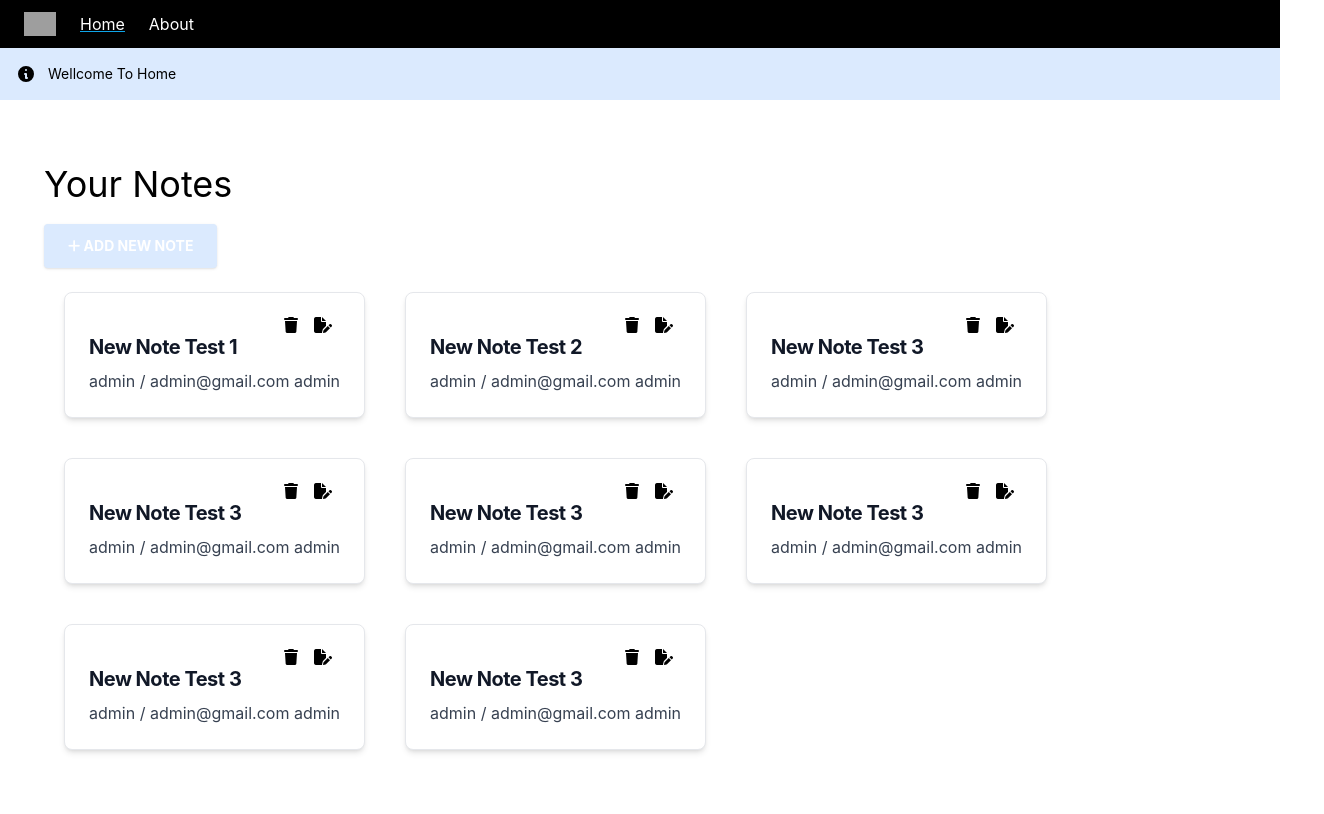
Repository: sonawaneteju4/iNote
Page: /
These files come from the project's save history. The page is drawn as it stood at one moment and after the next save; the edit follows.
The browser window is 1280 px wide. The page is 1324 px wide, so the pictures cover 1324 px, including what lies to the right of the window. The pictures show the whole page.
Pictures or frames that could not be fetched are drawn as grey boxes. Some web libraries are served in a nearby version. The project was rebuilt for these pictures with package versions that can differ from the ones it lists, and the page was loaded fresh each time. Also part of the build but not shown: src/components/AddNote.js, src/components/About.js.

Above is the page before, as saved 2022-10-11 10:49:25.

### public/index.html
<!DOCTYPE html>
<html lang="en">
  <head>
    <meta charset="utf-8" />
    <link rel="icon" href="%PUBLIC_URL%/favicon.ico" />
    <meta name="viewport" content="width=device-width, initial-scale=1" />
    <meta name="theme-color" content="#000000" />
    <meta
      name="description"
      content="Web site created using create-react-app"
    />
    <link rel="apple-touch-icon" href="%PUBLIC_URL%/logo192.png" />

    <link rel="manifest" href="%PUBLIC_URL%/manifest.json" />

    <title>iNote - Secured Notes On Cloud</title>
  </head>
  <body>
    <noscript>You need to enable JavaScript to run this app.</noscript>
    <script src="https://kit.fontawesome.com/61d960ae85.js" crossorigin="anonymous"></script>
    <div id="root"></div>
  </body>
</html>

### src/App.js
import "./App.css";
import { BrowserRouter, Routes, Route } from "react-router-dom";
import Navbar from "./components/Navbar";
import Home from "./components/Home";
import About from "./components/About";
import NoteState from "./context/notes/NoteState";
import Alert from "./components/Alert";

function App() {
  return (
    <>
      <NoteState>
        <BrowserRouter>
          <Navbar />
          <Alert message="Wellcome To Home"/>
          <div className="container m-11">

          <Routes>
            <Route exact path="/" element={<Home />}></Route>
            <Route exact path="/about" element={<About />}></Route>
          </Routes>
          </div>
        </BrowserRouter>
      </NoteState>
    </>
  );
}

export default App;

### src/App.css
.App {
  text-align: center;
}

.App-logo {
  height: 40vmin;
  pointer-events: none;
}

@media (prefers-reduced-motion: no-preference) {
  .App-logo {
    animation: App-logo-spin infinite 20s linear;
  }
}

.App-header {
  background-color: #282c34;
  min-height: 100vh;
  display: flex;
  flex-direction: column;
  align-items: center;
  justify-content: center;
  font-size: calc(10px + 2vmin);
  color: white;
}

.App-link {
  color: #61dafb;
}

@keyframes App-logo-spin {
  from {
    transform: rotate(0deg);
  }
  to {
    transform: rotate(360deg);
  }
}
i{cursor: pointer;

}

### src/components/Navbar.js
import React, {useEffect} from 'react'
import { Link, useLocation } from 'react-router-dom'

const Navbar = () => {
  let location = useLocation();
  useEffect(() => {
    console.log(location.pathname);
  }, [location])

  return (
    <nav className='flex bg-black text-white sticky top-0'>
        <ul className='flex m-3'>
            <li className='px-3'><Link to="/"><img alt="Logo" className='h-6' src='https://i.ibb.co/yyD6c8M/i-NOTE-3.png'></img></Link></li>
            <li className={`px-3  ${location.pathname==='/'? "underline decoration-sky-500": ""}`}><Link to="/">Home</Link></li>
            <li className={`px-3  ${location.pathname==='/about'? "underline decoration-sky-500": ""}`}><Link to="/about">About</Link></li>
        </ul>

    </nav>
  )
}

export default Navbar

### src/components/Home.js
import React from 'react'
// import NoteState from '../context/notes/NoteState';
import Notes from './Notes';

const Home = () => {

  return (
    <>
      <Notes/>
    </>

  )
}

export default Home

### src/context/notes/NoteState.js
import { useState } from 'react';
import NoteContext from './NoteContext';


const NoteState = (props) =>{
    const notesInitial = [
        {
          "_id": "6343f8ff5e6343bed4b7ddb5",
          "user": "63402d7553af99b0eef26534",
          "title": "New Note Test 1 ",
          "description": "admin / admin@gmail.com admin",
          "tag": "test",
          "date": "1665390388538",
          "__v": 0
        },
        {
          "_id": "6343f90f5e6343bed4b7ddb8",
          "user": "63402d7553af99b0eef26534",
          "title": "New Note Test 2 ",
          "description": "admin / admin@gmail.com admin",
          "tag": "test",
          "date": "1665390388538",
          "__v": 0
        },
        {
          "_id": "6343f9155e6343bed4b7ddba",
          "user": "63402d7553af99b0eef26534",
          "title": "New Note Test 3 ",
          "description": "admin / admin@gmail.com admin",
          "tag": "test",
          "date": "1665390388538",
          "__v": 0
        },
        {
            "_id": "6343f9155e6343bed4b7ddba",
            "user": "63402d7553af99b0eef26534",
            "title": "New Note Test 3 ",
            "description": "admin / admin@gmail.com admin",
            "tag": "test",
            "date": "1665390388538",
            "__v": 0
          },
          {
            "_id": "6343f9155e6343bed4b7ddba",
            "user": "63402d7553af99b0eef26534",
            "title": "New Note Test 3 ",
            "description": "admin / admin@gmail.com admin",
            "tag": "test",
            "date": "1665390388538",
            "__v": 0
          },
          {
            "_id": "6343f9155e6343bed4b7ddba",
            "user": "63402d7553af99b0eef26534",
            "title": "New Note Test 3 ",
            "description": "admin / admin@gmail.com admin",
            "tag": "test",
            "date": "1665390388538",
            "__v": 0
          },
          {
            "_id": "6343f9155e6343bed4b7ddba",
            "user": "63402d7553af99b0eef26534",
            "title": "New Note Test 3 ",
            "description": "admin / admin@gmail.com admin",
            "tag": "test",
            "date": "1665390388538",
            "__v": 0
          },
          {
            "_id": "6343f9155e6343bed4b7ddba",
            "user": "63402d7553af99b0eef26534",
            "title": "New Note Test 3 ",
            "description": "admin / admin@gmail.com admin",
            "tag": "test",
            "date": "1665390388538",
            "__v": 0
          }
      ]
      const [notes, setNotes] = useState(notesInitial)

      //Add a Note
      const addNote = (title, description,tag)=>{
        const note = {
          "_id": "6343f9155e6343bed4b7ddba",
          "user": "63402d7553af99b0eef26534",
          "title": title,
          "description": description,
          "tag": tag,
          "date": "1665390388538",
          "__v": 0
        };
        setNotes(notes.concat(note))
      }

      // Delete a Note
      const deleteNote = (id)=>{
        console.log(id)
        const newNotes = notes.filter((note)=>{return note._id!==id})
        setNotes(newNotes)
      }

      //Edit a Note
const editNote = (id, title, description,tag)=>{

}

    return(

        <NoteContext.Provider value={{notes, notesInitial, addNote ,deleteNote ,editNote }}>
            {props.children}
        </NoteContext.Provider>
            )
}

export default NoteState;

### src/components/Alert.js
import React from 'react'

const Alert = (props) => {
  return (
    <div className=''>
      <div className="flex p-4 mb-4 text-sm bg-blue-100 rounded-lgz text-black " role="alert">
  <svg aria-hidden="true" className="flex-shrink-0 inline w-5 h-5 mr-3" fill="currentColor" viewBox="0 0 20 20" xmlns="http://www.w3.org/2000/svg"><path fill-rule="evenodd" d="M18 10a8 8 0 11-16 0 8 8 0 0116 0zm-7-4a1 1 0 11-2 0 1 1 0 012 0zM9 9a1 1 0 000 2v3a1 1 0 001 1h1a1 1 0 100-2v-3a1 1 0 00-1-1H9z" clip-rule="evenodd"></path></svg>
  {props.message}
  </div>
    </div>
  )
}

export default Alert

### src/components/Notes.js
import React, {useContext } from 'react'
import NoteContext from '../context/notes/NoteContext';
import AddNote from './AddNote';
import NoteItem from './NoteItem';


const Notes = () => {
    const context = useContext(NoteContext);
    const [showModal, setShowModal] = React.useState(false);
    const {notes, addNote} = context
  return (
    <div>
      <h1 className='py-5 text-4xl'>Your Notes</h1>

      <button
        className="bg-blue-100 text-white active:bg-pink-600 font-bold uppercase text-sm px-6 py-3 rounded shadow hover:shadow-lg outline-none focus:outline-none mr-1 mb-1 ease-linear transition-all duration-150"
        type="button"
        onClick={() => setShowModal(true)}
      >
        <i class="fa-solid fa-plus"></i> Add New Note
      </button>
      {showModal ? (
        <>
          <div
            className="justify-center items-center flex overflow-x-hidden overflow-y-auto fixed inset-0 z-50 outline-none focus:outline-none"
          >
            <div className="relative w-auto my-6 mx-auto max-w-3xl">
              {/*content*/}
              <div className="border-0 rounded-lg shadow-lg relative flex flex-col w-full bg-white outline-none focus:outline-none">
                {/*header*/}
                <div className="flex  items-start justify-between p-5 border-b border-solid border-slate-200 rounded-t">
                  <h3 className="text-3xl font-semibold">
                    Create New Note
                  </h3>
                  <button
                    className="p-1 ml-auto bg-transparent border-0 text-black opacity-5 float-right text-3xl leading-none font-semibold outline-none focus:outline-none"
                    onClick={() => setShowModal(false)}
                    >
                    <span className="bg-transparent text-black opacity-5 h-6 w-6 text-2xl block outline-none focus:outline-none">

                    </span>
                  </button>
                </div>
                {/*body*/}

                    <AddNote/>
                {/*footer*/}
                <div className="flex items-center justify-end p-6 border-t border-solid border-slate-200 rounded-b">
                  <button
                    className="text-red-500 background-transparent font-bold uppercase px-6 py-2 text-sm outline-none focus:outline-none mr-1 mb-1 ease-linear transition-all duration-150"
                    type="button"
                    onClick={() => setShowModal(false)}
                  >
                    Close
                  </button>
                </div>
              </div>
            </div>
          </div>
          <div className="opacity-25 fixed inset-0 z-40 bg-black"></div>
        </>
      ) : null}


    <div className='flex flex-wrap'>
        {notes.map((note)=>{
            return <NoteItem key={note._id} note={note}/>;
        })}
    </div>
        </div>
  )
}

export default Notes

### src/components/NoteItem.js
import React, { useContext } from "react";
import NoteContext from '../context/notes/NoteContext';


const NoteItem = (props) => {
 const context = useContext(NoteContext)
  const {deleteNote} = context;
  const { note } = props;
  return (
    <div className="p-5">
      <div class="p-6 max-w-sm bg-white rounded-lg border border-gray-200 shadow-md hover:bg-gray-100">
        <div className="flex item-start justify-end">
          <i class="fa-solid fa-trash mx-2" onClick={()=>{deleteNote(note._id)}}></i>
          <i class="fa-solid fa-file-pen mx-2"></i>
        </div>
          <h5 class="mb-2 text-xl font-bold tracking-tight text-gray-900">
            {note.title}
          </h5>
        <p class="font-normal text-gray-700"> {note.description}</p>
      </div>
    </div>
  );
};

export default NoteItem;

Loaded but not shown: src/index.js (common file); src/index.css (common file); src/context/notes/NoteContext.js (common file); tailwind.config.js (common file)

After the next save:
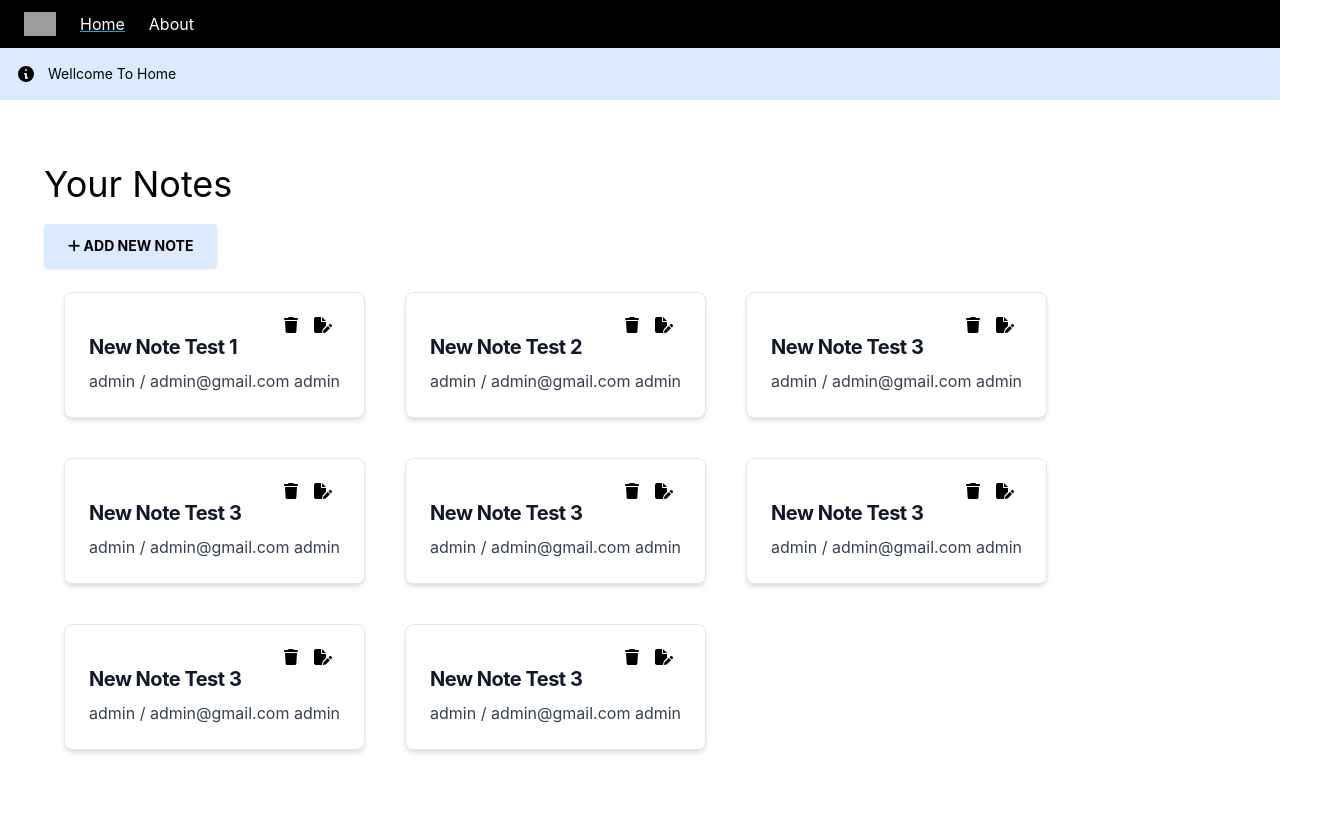
Saved 10 s later.
--- a/src/components/Notes.js
+++ b/src/components/Notes.js
@@ -13,7 +13,7 @@ const Notes = () => {
       <h1 className='py-5 text-4xl'>Your Notes</h1>
 
       <button
-        className="bg-blue-100 text-white active:bg-pink-600 font-bold uppercase text-sm px-6 py-3 rounded shadow hover:shadow-lg outline-none focus:outline-none mr-1 mb-1 ease-linear transition-all duration-150"
+        className="bg-blue-100 text-black active:bg-pink-600 font-bold uppercase text-sm px-6 py-3 rounded shadow hover:shadow-lg outline-none focus:outline-none mr-1 mb-1 ease-linear transition-all duration-150"
         type="button"
         onClick={() => setShowModal(true)}
       >
